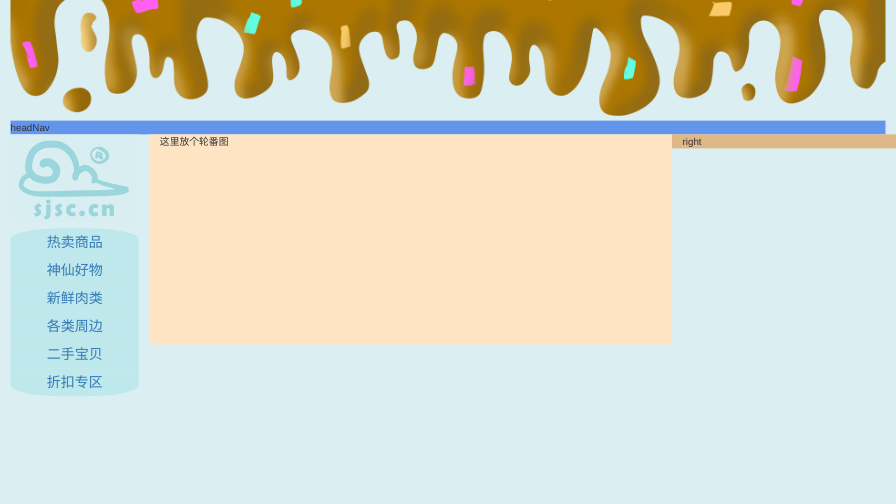
Repository: 15378517762/zxy
Page: html/index.html
These files come from the project's save history. The page is drawn as it stood at one moment and after the next save; the edit follows.
The browser window is 1280 px wide. The pictures show the part of the page from y = 0 to 1920 px (the page is 720 px tall before and 3292 px after), at 70% of full size.

Above is the page before, as saved 2021-05-28 21:19:20.

After the next save:
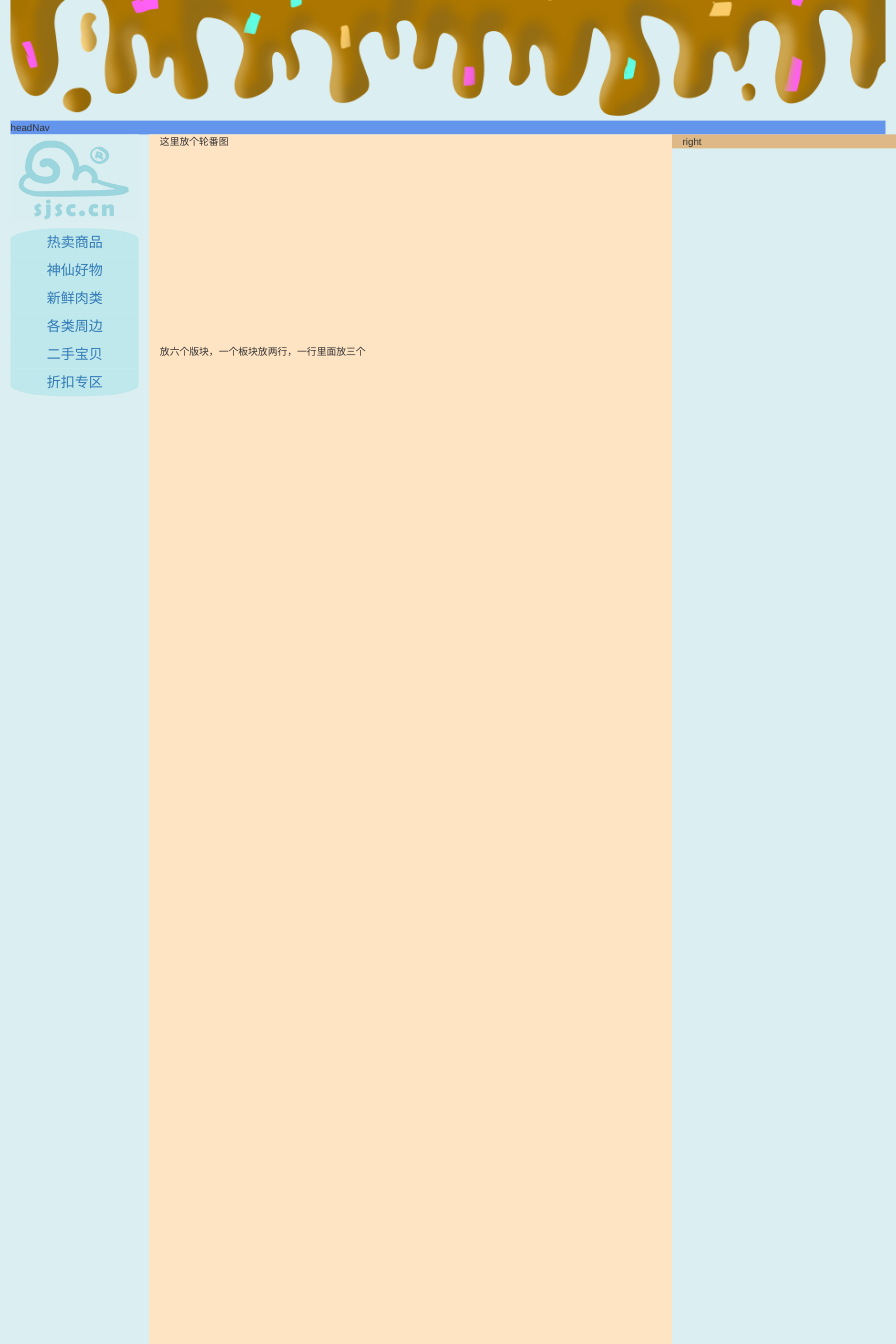
Saved 4 s later.
--- a/html/index.html
+++ b/html/index.html
@@ -39,6 +39,7 @@
 
 			<article class="col-md-7">
 				<div class="lunfan">这里放个轮番图</div>
+				<div class="commodity">放六个版块，一个板块放两行，一行里面放三个</div>
 			</article>
 
 			<aside class="col-md-3">right</aside>
